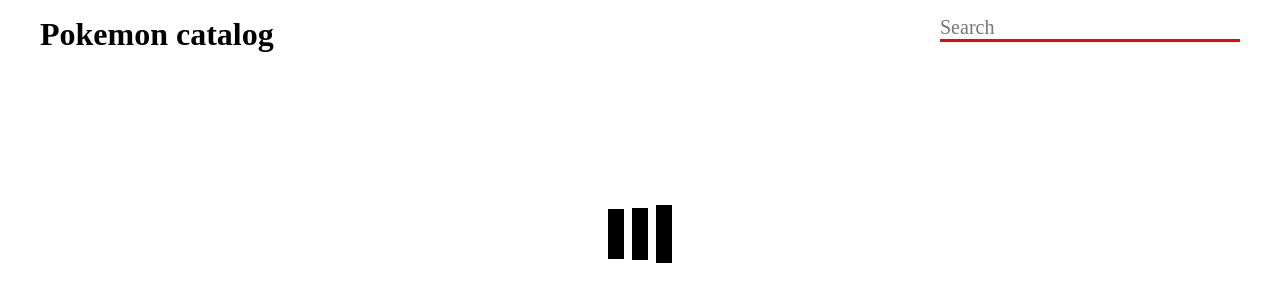
Repository: Ryszard-Penkala/pokemon-API
Page: index.html
These files come from the project's save history. The page is drawn as it stood at one moment and after the next save; the edit follows.
The browser window is 1280 px wide. The pictures show the whole page.
The page's requests for data from a server got no answer.

Above is the page before, as saved 2020-06-28 18:26:57.

After the next save:
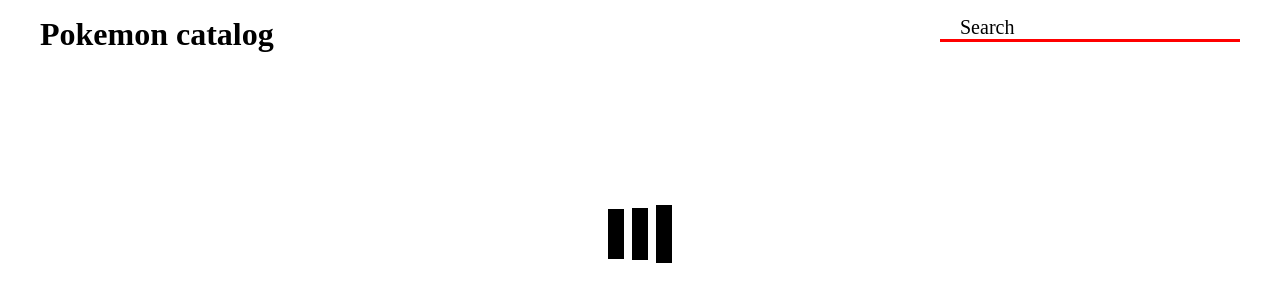
Saved 10 s later.
--- a/assets/styles/styles.css
+++ b/assets/styles/styles.css
@@ -40,7 +40,7 @@
   font-family: inherit;
 }
 
-.header-main__searching:placeholder{
+.header-main__searching::placeholder{
   color: #000;
   padding-left: 20px;
 }
